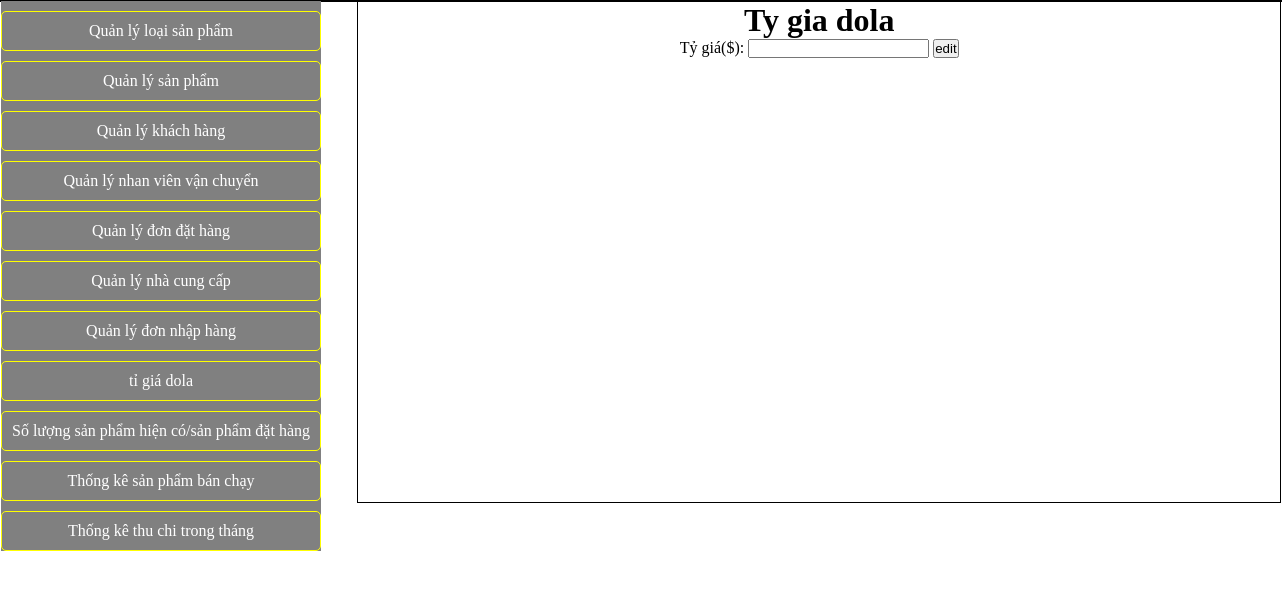
Repository: tranminhtam92/web
Page: http://localhost/demoview/admin/Tygiado.jsp
An editor plug-in stored every save of this project. The page is shown before and after the next save, followed by the edit.
The browser window is 1280 px wide. The page is 1282 px wide, then 1280 px, so the pictures cover 1282 px, including what lies to the right of the window. The pictures show the whole page.
The page is served by Tomcat 9.

Above is the page before, as saved 2016-12-26 08:24:21.

After the next save:
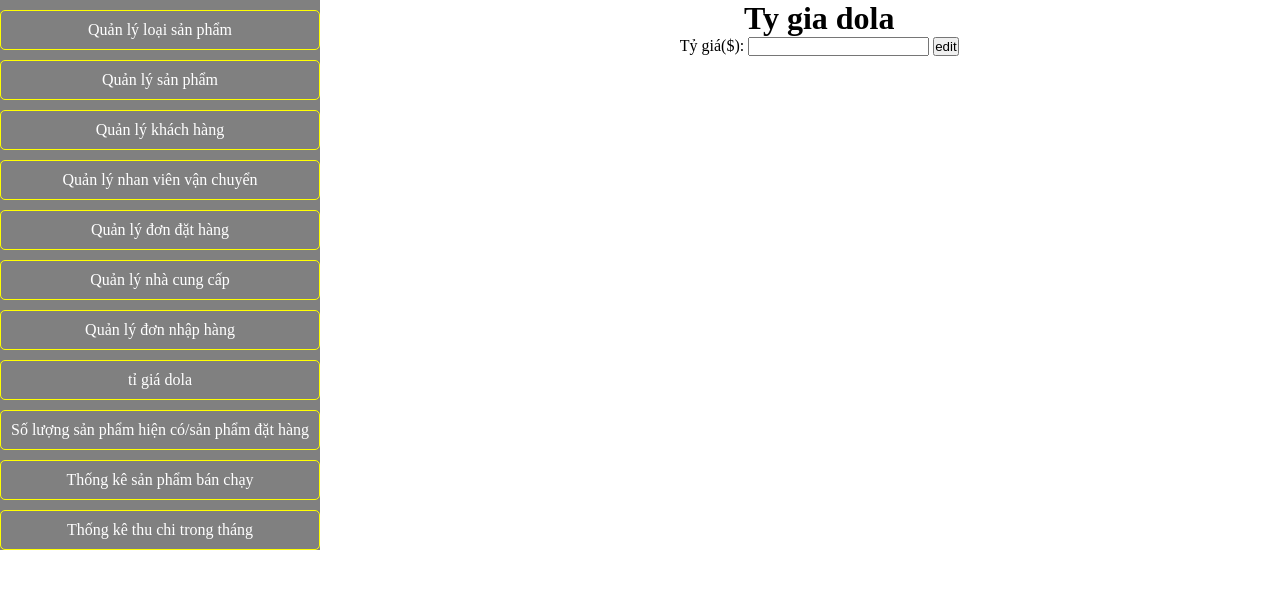
Saved 29 min 2 s later.
--- a/Code/demoview/WebContent/admin/Adminstyle.css
+++ b/Code/demoview/WebContent/admin/Adminstyle.css
@@ -27,7 +27,7 @@ a{
 .content{
 		width: 100%;
 	height:auto;
-		border: 1px solid black;
+
 }
 .content .left{
 	width: 25%;
@@ -66,13 +66,13 @@ a{
 	width: 72%;
 	height: 500px;
 	float:right;
-	border: 1px solid black;
+
 }
 .content .right table{
 
 	margin-left:auto;
 	margin-right:auto;
-	border: 1px solid black;
+
 }
 .content .right table tr{
 
